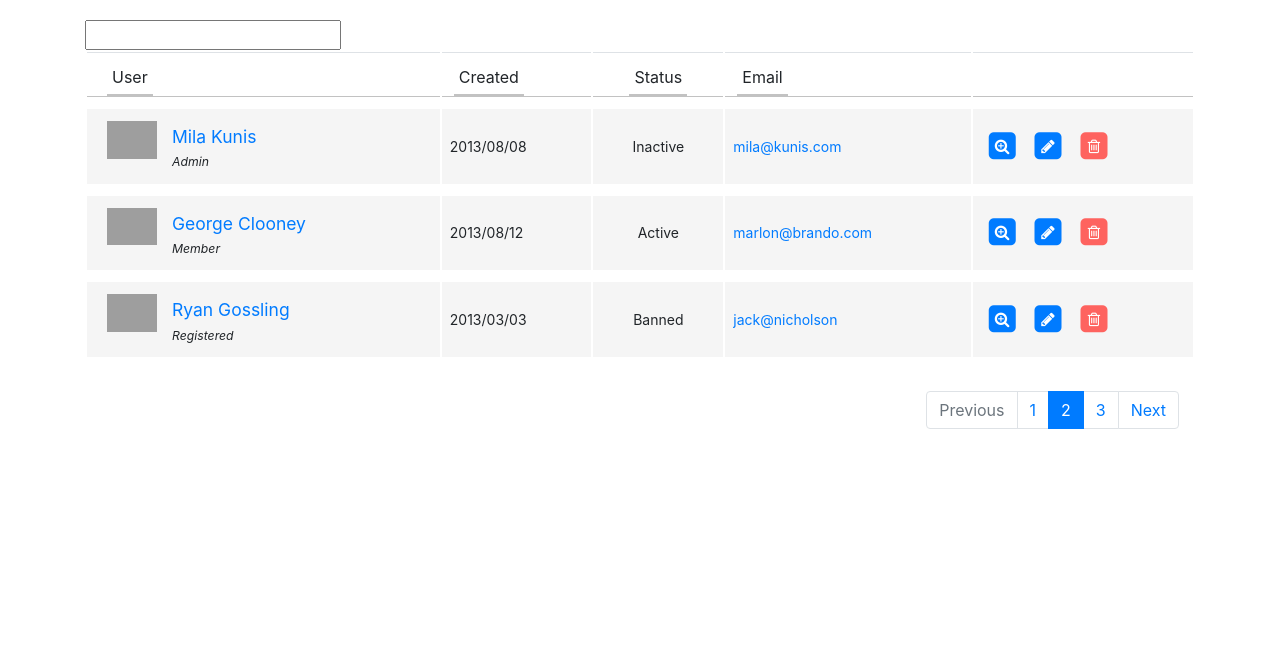
Repository: tienhoang123/Demo
Page: http://localhost/User/WEB-INF/views/home.jsp
An editor plug-in stored every save of this project. The page is shown before and after the next save, followed by the edit.
The browser window is 1280 px wide. The pictures show the whole page.
Pictures or frames that could not be fetched are drawn as grey boxes. Some web libraries are served in a nearby version. The page is served by Tomcat 9. Nobody is signed in. The template is opened directly, without the code that normally fills it, so the values that code supplies are empty.

Above is the page before, as saved 2019-10-14 06:37:36.
Console error: TypeError: Cannot read properties of undefined (reading 'fn')

After the next save:
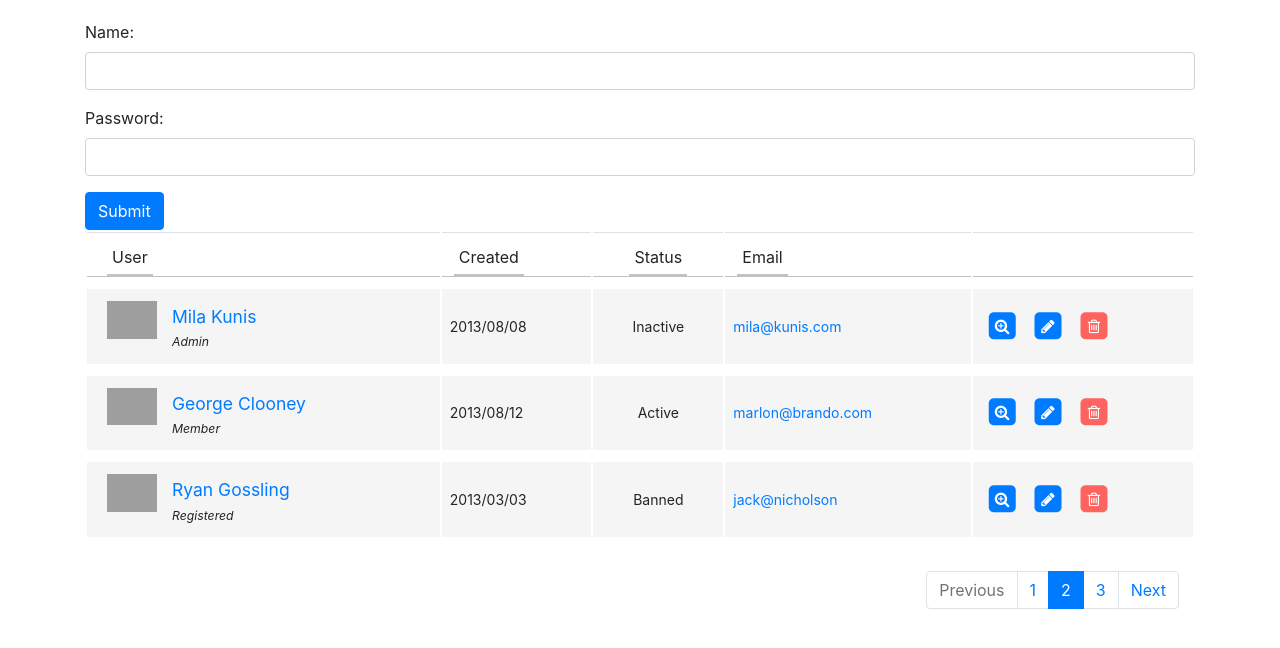
Saved 3 min 52 s later.
--- a/DemoCrud/User/src/main/webapp/WEB-INF/views/home.jsp
+++ b/DemoCrud/User/src/main/webapp/WEB-INF/views/home.jsp
@@ -23,7 +23,15 @@
 			<div class="col-lg-12">
 				<div class="main-box clearfix">
 					<div class="table-responsive">
-					<input type="text"  >
+				<div class="form-group">
+      <label for="usr">Name:</label>
+      <input type="text" class="form-control" id="usr" name="username">
+    </div>
+    <div class="form-group">
+      <label for="pwd">Password:</label>
+      <input type="password" class="form-control" id="pwd" name="password">
+    </div>
+    <button type="submit" class="btn btn-primary">Submit</button>
 						<table class="table user-list">
 							<thead>
 								<tr>
